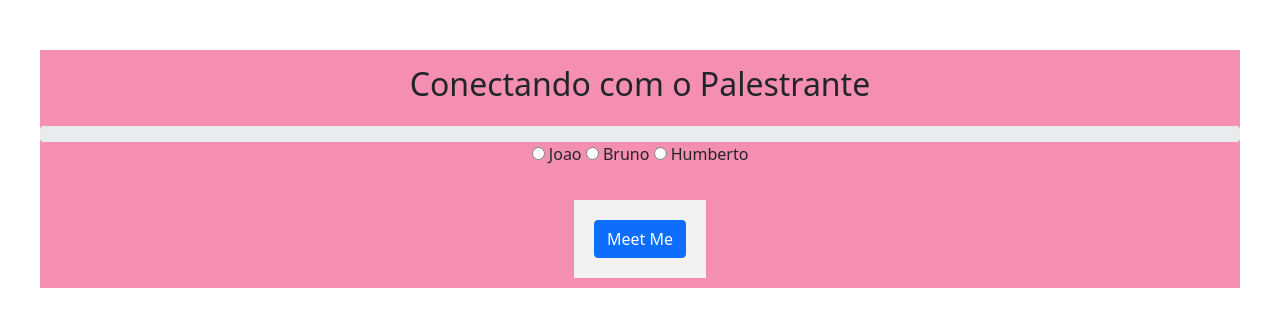
Repository: elsonss1988/jitsu
Page: index.html
These files come from the project's save history. The page is drawn as it stood at one moment and after the next save; the edit follows.
The browser window is 1280 px wide. The pictures show the whole page.

Above is the page before, as saved 2021-04-08 09:48:24.

After the next save:
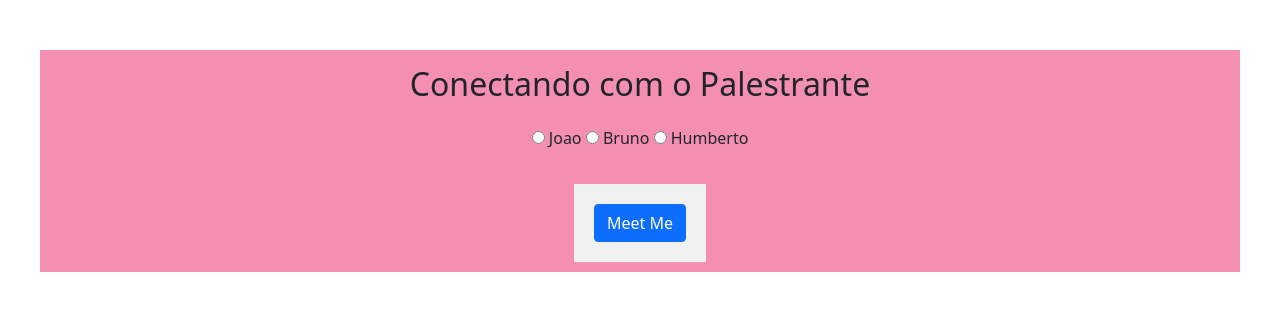
Saved 17 s later.
--- a/index.html
+++ b/index.html
@@ -10,9 +10,9 @@
 <body>
 <div id="container">
     <h2>Conectando com o Palestrante</h2>
-    <div class="progress">
+    <!-- <div class="progress">
         <div class="progress-bar"></div>
-    </div>
+    </div> -->
     <div id='radios'>
         <input type="radio" id="palestrante1" name="palestrante" value="Joao">
         <label for="palestrante1">Joao</label>
